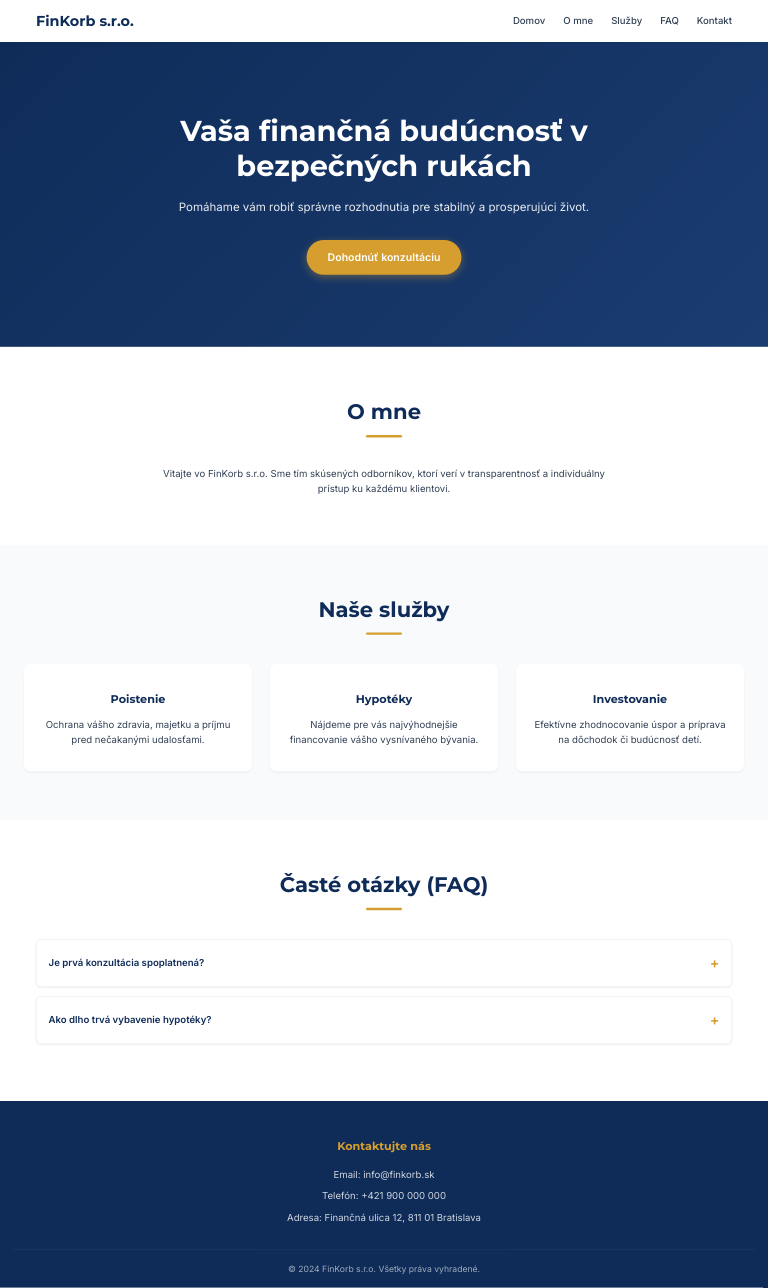
Repository: IvanK03/personal_web
Page: web/index.html
The author's editor kept a copy of each file at every save. The page is drawn from the files as they stood at one save, then again after the next save.
The browser window is 1280 px wide. The pictures show the whole page, at 60% of full size.

Above is the page before, as saved 2026-02-22 11:47:08.

### web/index.html
<!DOCTYPE html>
<html lang="sk">
<head>
    <meta charset="UTF-8">
    <meta name="viewport" content="width=device-width, initial-scale=1.0">
    <meta name="description" content="FinKorb s.r.o. - Komplexné finančné poradenstvo, poistenie, hypotéky a investovanie.">
    <title>FinKorb s.r.o. - Finančný poradca</title>
    <link rel="stylesheet" href="style.css">
</head>
<body>

    <!-- Hlavička s navigáciou -->
    <header>
        <div class="container">
            <a href="#" class="logo">FinKorb s.r.o.</a>
            <nav>
                <ul>
                    <li><a href="#hero">Domov</a></li>
                    <li><a href="#o-mne">O mne</a></li>
                    <li><a href="#sluzby">Služby</a></li>
                    <li><a href="#faq">FAQ</a></li>
                    <li><a href="#kontakt">Kontakt</a></li>
                </ul>
            </nav>
        </div>
    </header>

    <main>
        <!-- Hero sekcia -->
        <section id="hero">
            <div class="hero-content">
                <h1>Vaša finančná budúcnosť v bezpečných rukách</h1>
                <p>Pomáhame vám robiť správne rozhodnutia pre stabilný a prosperujúci život.</p>
                <a href="#kontakt" class="btn-primary">Dohodnúť konzultáciu</a>
            </div>
        </section>

        <!-- Sekcia O mne -->
        <section id="o-mne">
            <h2>O mne</h2>
            <p>Vitajte vo FinKorb s.r.o. Sme tím skúsených odborníkov, ktorí verí v transparentnosť a individuálny prístup ku každému klientovi.</p>
        </section>

        <!-- Sekcia Služby -->
        <section id="sluzby">
            <h2>Naše služby</h2>
            <div class="services-grid">
                <article class="service-item">
                    <h3>Poistenie</h3>
                    <p>Ochrana vášho zdravia, majetku a príjmu pred nečakanými udalosťami.</p>
                </article>
                <article class="service-item">
                    <h3>Hypotéky</h3>
                    <p>Nájdeme pre vás najvýhodnejšie financovanie vášho vysnívaného bývania.</p>
                </article>
                <article class="service-item">
                    <h3>Investovanie</h3>
                    <p>Efektívne zhodnocovanie úspor a príprava na dôchodok či budúcnosť detí.</p>
                </article>
            </div>
        </section>

        <!-- Sekcia Časté otázky (FAQ) -->
        <section id="faq">
            <h2>Časté otázky (FAQ)</h2>
            <details>
                <summary>Je prvá konzultácia spoplatnená?</summary>
                <p>Nie, úvodná konzultácia a analýza vašich financií je u nás bezplatná.</p>
            </details>
            <details>
                <summary>Ako dlho trvá vybavenie hypotéky?</summary>
                <p>Štandardný proces trvá 2 až 4 týždne v závislosti od banky a pripravenosti podkladov.</p>
            </details>
        </section>
    </main>

    <!-- Päta s kontaktom -->
    <footer id="kontakt">
        <div class="footer-content">
            <h3>Kontaktujte nás</h3>
            <p>Email: info@finkorb.sk</p>
            <p>Telefón: +421 900 000 000</p>
            <p>Adresa: Finančná ulica 12, 811 01 Bratislava</p>
        </div>
        <p class="copyright">&copy; 2024 FinKorb s.r.o. Všetky práva vyhradené.</p>
    </footer>

    <script src="script.js"></script>
</body>
</html>

### web/style.css
/* Import Google Fonts */
@import url('https://fonts.googleapis.com/css2?family=Inter:wght@400;500;600&family=Montserrat:wght@600;700&display=swap');

/* Základné premenné pre konzistentný dizajn */
:root {
    --primary-color: #0f2c59; /* Tmavomodrá - Dôvera */
    --secondary-color: #1a3c70; /* Svetlejšia modrá pre gradienty */
    --accent-color: #d69e2e; /* Zlatá/Oranžová - Call to Action */
    --accent-hover: #b7791f;
    --text-dark: #334155;
    --text-light: #64748b;
    --bg-light: #f8fafc;
    --white: #ffffff;
    --shadow-sm: 0 2px 4px rgba(0, 0, 0, 0.05);
    --shadow-md: 0 4px 6px rgba(0, 0, 0, 0.1);
    --shadow-lg: 0 10px 15px rgba(0, 0, 0, 0.1);
    --transition: all 0.3s ease;
}

/* Reset a základné nastavenia */
* {
    margin: 0;
    padding: 0;
    box-sizing: border-box;
}

html {
    scroll-behavior: smooth;
}

body {
    font-family: 'Inter', sans-serif;
    line-height: 1.6;
    color: var(--text-dark);
    background-color: var(--white);
}

h1, h2, h3 {
    font-family: 'Montserrat', sans-serif;
    color: var(--primary-color);
    margin-bottom: 1rem;
}

h2 {
    font-size: 2.2rem;
    text-align: center;
    margin-bottom: 3rem;
    position: relative;
}

/* Dekoratívna čiara pod nadpismi sekcií */
h2::after {
    content: '';
    display: block;
    width: 60px;
    height: 4px;
    background-color: var(--accent-color);
    margin: 10px auto 0;
    border-radius: 2px;
}

a {
    text-decoration: none;
    color: inherit;
}

ul {
    list-style: none;
}

/* Layout utility */
.container {
    max-width: 1200px;
    margin: 0 auto;
    padding: 0 20px;
}

section {
    padding: 80px 20px;
    max-width: 1200px;
    margin: 0 auto;
}

/* Hlavička a Navigácia */
header {
    background-color: var(--white);
    box-shadow: var(--shadow-sm);
    position: sticky;
    top: 0;
    z-index: 1000;
    padding: 1rem 0;
}

/* Štýl pre prilepenú hlavičku pri scrollovaní */
header.scrolled {
    background-color: rgba(255, 255, 255, 0.95); /* Jemne priehľadná biela */
    backdrop-filter: blur(5px); /* Rozostrenie pozadia */
    box-shadow: var(--shadow-md);
    padding: 0.5rem 0; /* Zmenšenie výšky pre kompaktnejší vzhľad */
    transition: all 0.3s ease;
}

header .container {
    display: flex;
    justify-content: space-between;
    align-items: center;
}

.logo {
    font-family: 'Montserrat', sans-serif;
    font-size: 1.5rem;
    font-weight: 700;
    color: var(--primary-color);
}

nav ul {
    display: flex;
    gap: 30px;
}

nav a {
    font-weight: 500;
    color: var(--text-dark);
    transition: var(--transition);
}

nav a:hover {
    color: var(--accent-color);
}

/* Hero Sekcia */
#hero {
    background: linear-gradient(135deg, var(--primary-color), var(--secondary-color));
    color: var(--white);
    text-align: center;
    padding: 120px 20px;
    max-width: 100%; /* Hero roztiahneme na celú šírku */
}

.hero-content {
    max-width: 800px;
    margin: 0 auto;
}

#hero h1 {
    color: var(--white);
    font-size: 3rem;
    margin-bottom: 1.5rem;
    line-height: 1.2;
}

#hero p {
    font-size: 1.2rem;
    margin-bottom: 2.5rem;
    opacity: 0.9;
}

/* Tlačidlá */
.btn-primary {
    display: inline-block;
    background-color: var(--accent-color);
    color: var(--white);
    padding: 15px 35px;
    border-radius: 50px;
    font-weight: 600;
    font-size: 1.1rem;
    transition: var(--transition);
    box-shadow: 0 4px 15px rgba(214, 158, 46, 0.4);
}

.btn-primary:hover {
    background-color: var(--accent-hover);
    transform: translateY(-3px);
    box-shadow: 0 6px 20px rgba(214, 158, 46, 0.6);
}

/* Sekcia O mne */
#o-mne {
    text-align: center;
    max-width: 800px;
}

/* Sekcia Služby - Grid */
#sluzby {
    background-color: var(--bg-light);
    max-width: 100%; /* Pozadie na celú šírku */
}

.services-grid {
    display: grid;
    grid-template-columns: repeat(auto-fit, minmax(300px, 1fr));
    gap: 30px;
    max-width: 1200px;
    margin: 0 auto;
}

.service-item {
    background: var(--white);
    padding: 40px 30px;
    border-radius: 12px;
    box-shadow: var(--shadow-sm);
    transition: var(--transition);
    text-align: center;
    border-top: 4px solid transparent;
}

.service-item:hover {
    transform: translateY(-10px);
    box-shadow: var(--shadow-lg);
    border-top: 4px solid var(--accent-color);
}

.service-item h3 {
    margin-bottom: 15px;
}

/* FAQ Sekcia */
details {
    background-color: var(--white);
    margin-bottom: 15px;
    border-radius: 8px;
    box-shadow: var(--shadow-sm);
    overflow: hidden;
    border: 1px solid #e2e8f0;
}

summary {
    padding: 20px;
    cursor: pointer;
    font-weight: 600;
    color: var(--primary-color);
    list-style: none; /* Skryje defaultnú šípku */
    position: relative;
    display: flex;
    justify-content: space-between;
    align-items: center;
}

summary::-webkit-details-marker {
    display: none;
}

summary::after {
    content: '+';
    font-size: 1.5rem;
    color: var(--accent-color);
    font-weight: bold;
}

details[open] summary::after {
    content: '-';
}

details p {
    padding: 0 20px 20px 20px;
    color: var(--text-light);
    border-top: 1px solid #f1f5f9;
    margin-top: 0;
    padding-top: 15px;
    /* Animácia pre plynulé zobrazenie textu */
    animation: fadeIn 0.4s ease-out;
}

@keyframes fadeIn {
    from {
        opacity: 0;
        transform: translateY(-10px);
    }
    to {
        opacity: 1;
        transform: translateY(0);
    }
}

/* Päta */
footer {
    background-color: var(--primary-color);
    color: var(--white);
    text-align: center;
    padding: 60px 20px 20px;
}

.footer-content h3 {
    color: var(--accent-color);
    margin-bottom: 20px;
}

.footer-content p {
    margin-bottom: 10px;
    opacity: 0.8;
}

.copyright {
    margin-top: 40px;
    padding-top: 20px;
    border-top: 1px solid rgba(255, 255, 255, 0.1);
    font-size: 0.9rem;
    opacity: 0.6;
}

/* Responzivita pre mobily */
@media (max-width: 768px) {
    header .container {
        flex-direction: column;
        gap: 15px;
    }

    nav ul {
        flex-wrap: wrap;
        justify-content: center;
        gap: 15px;
    }

    #hero h1 {
        font-size: 2.2rem;
    }

    section {
        padding: 60px 20px;
    }
}

### web/script.js
document.addEventListener('DOMContentLoaded', () => {

    // --- 1. Sticky Header (Prilepenie hlavičky) ---
    const header = document.querySelector('header');

    window.addEventListener('scroll', () => {
        // Ak sme odscrollovali viac ako 50px, pridáme triedu 'scrolled'
        if (window.scrollY > 50) {
            header.classList.add('scrolled');
        } else {
            header.classList.remove('scrolled');
        }
    });

    // --- 2. Interaktívne FAQ (Akordeón) ---
    const detailsElements = document.querySelectorAll('details');

    detailsElements.forEach(detail => {
        detail.addEventListener('click', (e) => {
            // Zistíme, či sa kliklo na <summary> (hlavičku otázky)
            if (e.target.tagName.toLowerCase() === 'summary') {
                // Ak sa práve otvára (ešte nie je 'open'), zatvoríme ostatné
                if (!detail.hasAttribute('open')) {
                    detailsElements.forEach(otherDetail => {
                        if (otherDetail !== detail) {
                            otherDetail.removeAttribute('open');
                        }
                    });
                }
            }
        });
    });
});

After the next save:
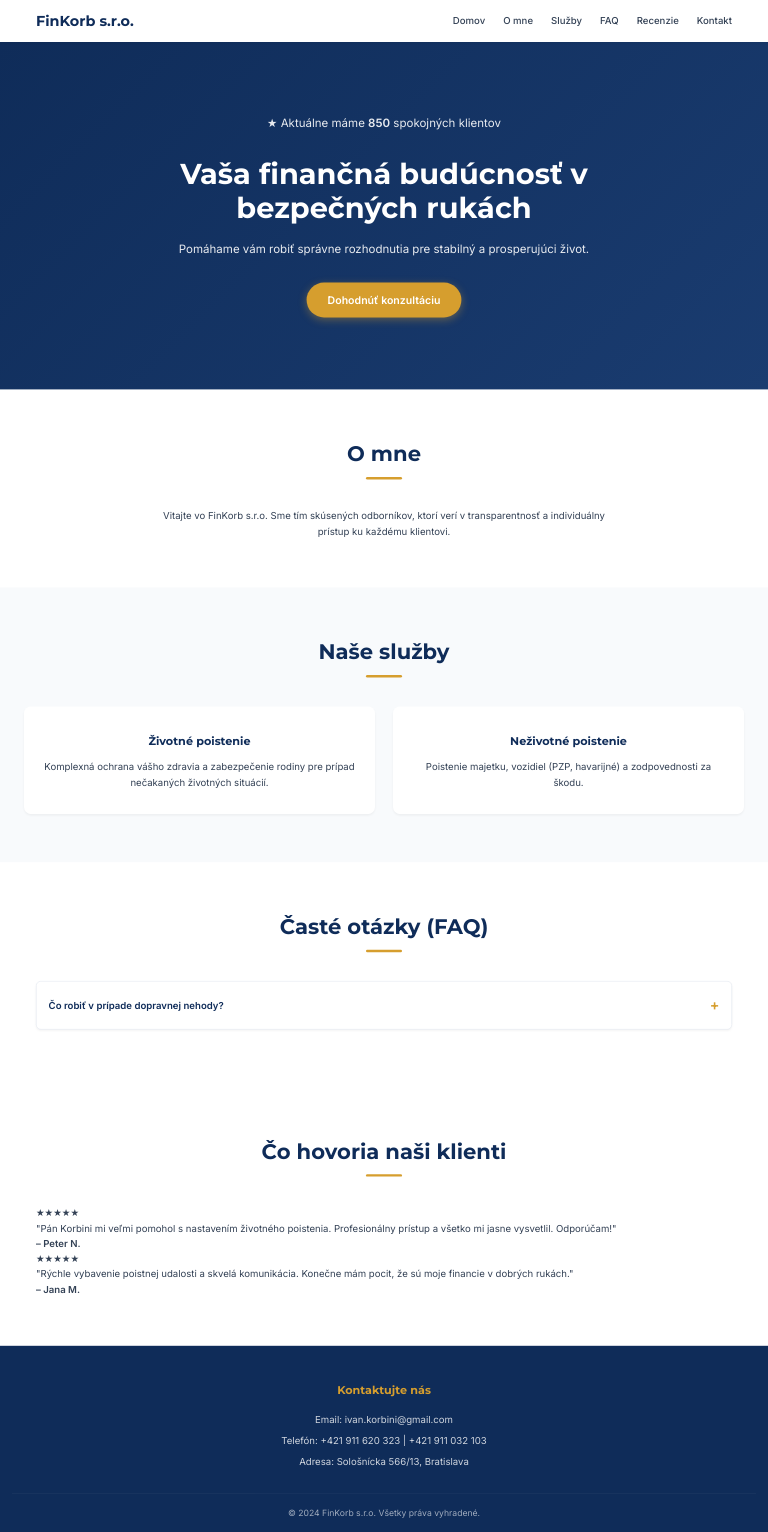
Saved 7 min 49 s later.
--- a/web/index.html
+++ b/web/index.html
@@ -19,6 +19,7 @@
                     <li><a href="#o-mne">O mne</a></li>
                     <li><a href="#sluzby">Služby</a></li>
                     <li><a href="#faq">FAQ</a></li>
+                    <li><a href="#recenzie">Recenzie</a></li>
                     <li><a href="#kontakt">Kontakt</a></li>
                 </ul>
             </nav>
@@ -29,6 +30,7 @@
         <!-- Hero sekcia -->
         <section id="hero">
             <div class="hero-content">
+                <p class="trust-badge">★ Aktuálne máme <strong>850</strong> spokojných klientov</p>
                 <h1>Vaša finančná budúcnosť v bezpečných rukách</h1>
                 <p>Pomáhame vám robiť správne rozhodnutia pre stabilný a prosperujúci život.</p>
                 <a href="#kontakt" class="btn-primary">Dohodnúť konzultáciu</a>
@@ -46,16 +48,12 @@
             <h2>Naše služby</h2>
             <div class="services-grid">
                 <article class="service-item">
-                    <h3>Poistenie</h3>
-                    <p>Ochrana vášho zdravia, majetku a príjmu pred nečakanými udalosťami.</p>
+                    <h3>Životné poistenie</h3>
+                    <p>Komplexná ochrana vášho zdravia a zabezpečenie rodiny pre prípad nečakaných životných situácií.</p>
                 </article>
                 <article class="service-item">
-                    <h3>Hypotéky</h3>
-                    <p>Nájdeme pre vás najvýhodnejšie financovanie vášho vysnívaného bývania.</p>
-                </article>
-                <article class="service-item">
-                    <h3>Investovanie</h3>
-                    <p>Efektívne zhodnocovanie úspor a príprava na dôchodok či budúcnosť detí.</p>
+                    <h3>Neživotné poistenie</h3>
+                    <p>Poistenie majetku, vozidiel (PZP, havarijné) a zodpovednosti za škodu.</p>
                 </article>
             </div>
         </section>
@@ -64,13 +62,26 @@
         <section id="faq">
             <h2>Časté otázky (FAQ)</h2>
             <details>
-                <summary>Je prvá konzultácia spoplatnená?</summary>
-                <p>Nie, úvodná konzultácia a analýza vašich financií je u nás bezplatná.</p>
+                <summary>Čo robiť v prípade dopravnej nehody?</summary>
+                <p>Zachovajte pokoj, zabezpečte miesto nehody a skontrolujte zranenia. Ak je to nutné, volajte záchranné zložky (112). Následne vyplňte správu o nehode a kontaktujte nás – pomôžeme vám s nahlásením poistnej udalosti.</p>
             </details>
-            <details>
-                <summary>Ako dlho trvá vybavenie hypotéky?</summary>
-                <p>Štandardný proces trvá 2 až 4 týždne v závislosti od banky a pripravenosti podkladov.</p>
-            </details>
+        </section>
+
+        <!-- Sekcia Recenzie -->
+        <section id="recenzie">
+            <h2>Čo hovoria naši klienti</h2>
+            <div class="reviews-grid">
+                <article class="review-item">
+                    <div class="stars">★★★★★</div>
+                    <p>"Pán Korbini mi veľmi pomohol s nastavením životného poistenia. Profesionálny prístup a všetko mi jasne vysvetlil. Odporúčam!"</p>
+                    <h4>– Peter N.</h4>
+                </article>
+                <article class="review-item">
+                    <div class="stars">★★★★★</div>
+                    <p>"Rýchle vybavenie poistnej udalosti a skvelá komunikácia. Konečne mám pocit, že sú moje financie v dobrých rukách."</p>
+                    <h4>– Jana M.</h4>
+                </article>
+            </div>
         </section>
     </main>
 
@@ -78,9 +89,9 @@
     <footer id="kontakt">
         <div class="footer-content">
             <h3>Kontaktujte nás</h3>
-            <p>Email: info@finkorb.sk</p>
-            <p>Telefón: +421 900 000 000</p>
-            <p>Adresa: Finančná ulica 12, 811 01 Bratislava</p>
+            <p>Email: ivan.korbini@gmail.com</p>
+            <p>Telefón: +421 911 620 323 | +421 911 032 103</p>
+            <p>Adresa: Sološnícka 566/13, Bratislava</p>
         </div>
         <p class="copyright">&copy; 2024 FinKorb s.r.o. Všetky práva vyhradené.</p>
     </footer>
